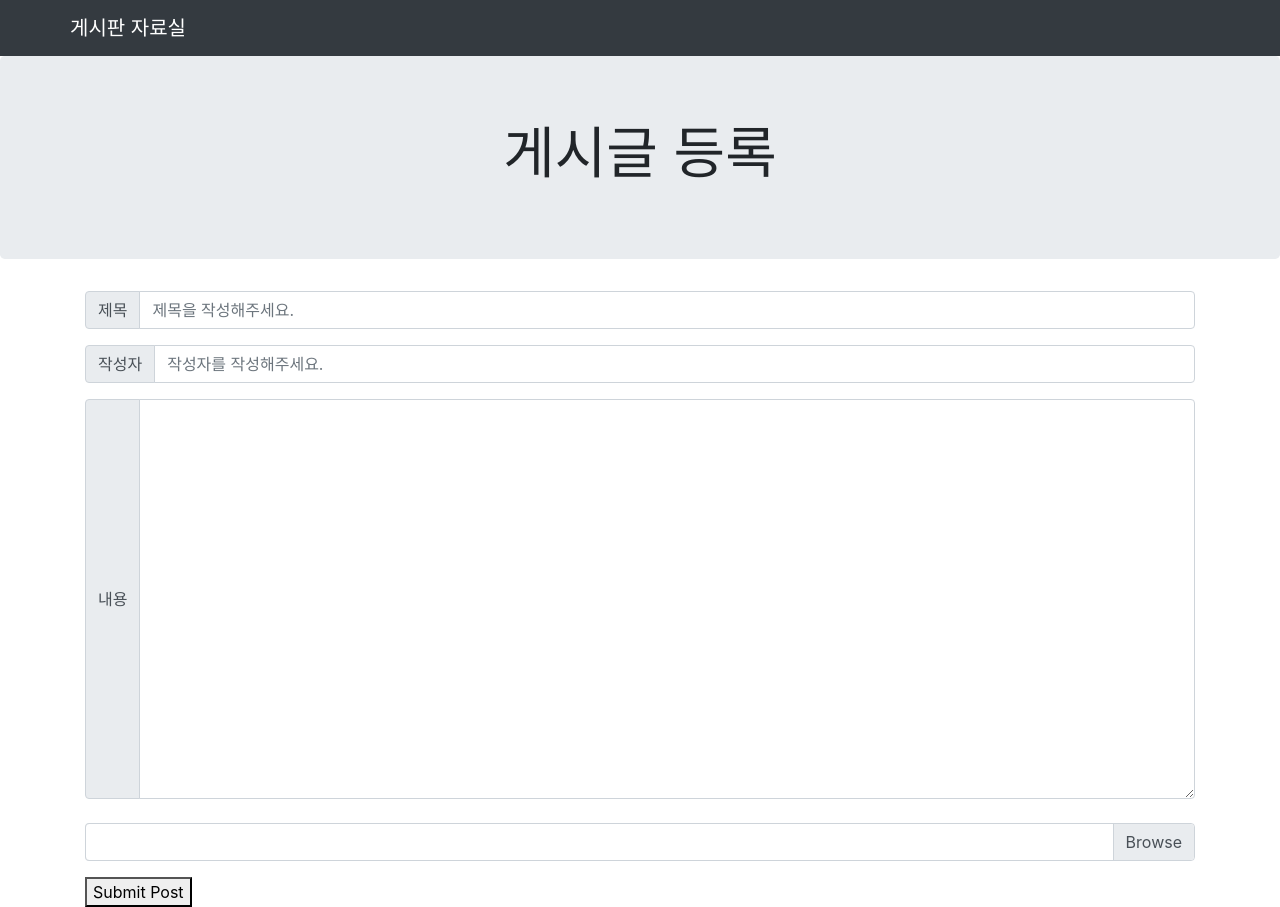
Repository: LeeKukJu/JSP-Study
Page: http://localhost/JSPBook/ch11/totaltest/boardForm.jsp
An editor plug-in stored every save of this project. The page is shown before and after the next save, followed by the edit.
The browser window is 1280 px wide. The pictures show the whole page.
The page is served by Tomcat 9. Nobody is signed in. The application's start-up code is not run.

Above is the page before, as saved 2023-02-04 02:36:34.

After the next save:
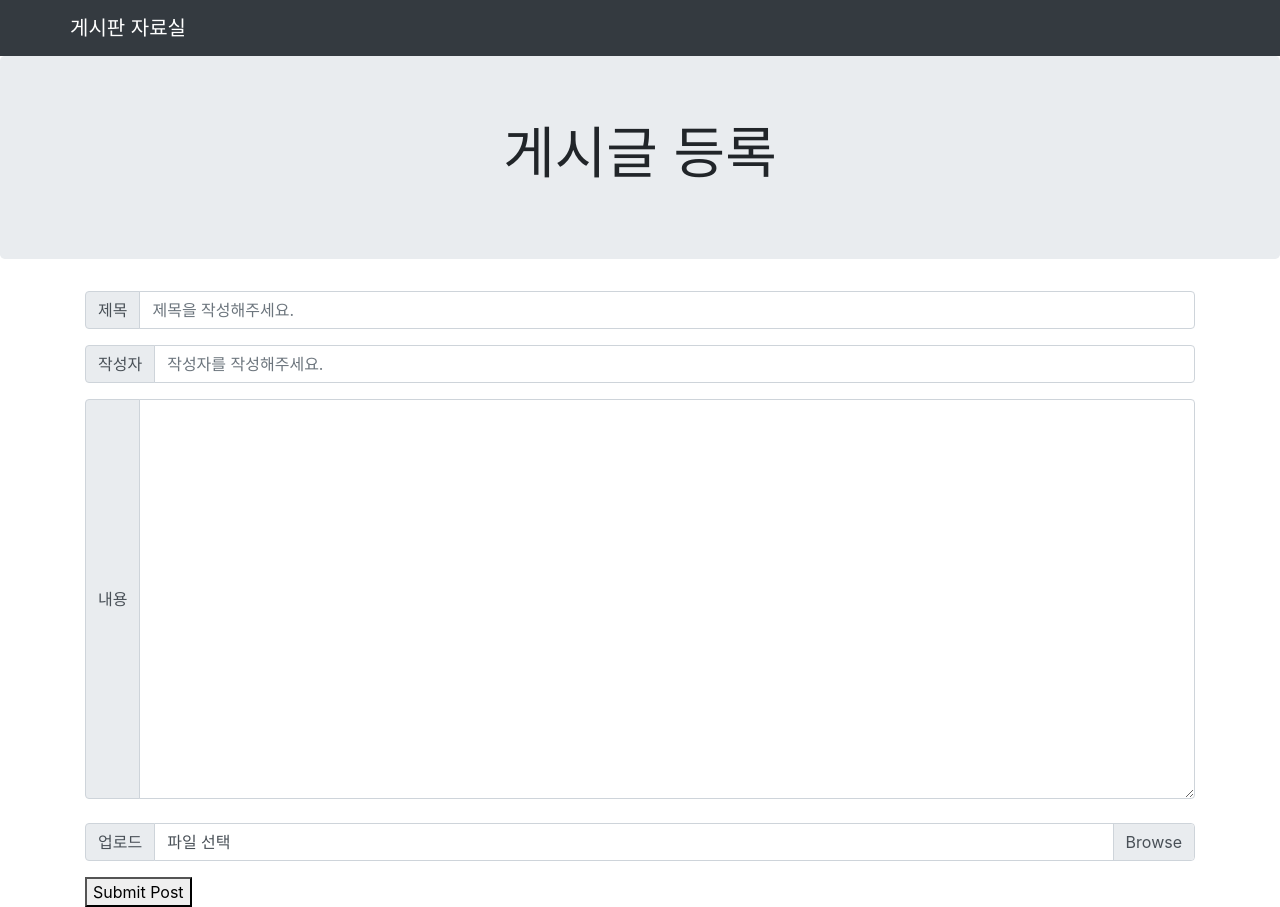
Saved 16 s later.
--- a/JSPBook/WebContent/ch11/totaltest/boardForm.jsp
+++ b/JSPBook/WebContent/ch11/totaltest/boardForm.jsp
@@ -78,9 +78,9 @@
 				<div class="input-group-prepend">
 					<span class="input-group-text">업로드</span>
 				</div>
-				<div >
+				<div class="custom-file">
 					<input type="file"  name="filename" id="inputGroupFile01">
-					<label class="custom-file-label" for="inputGroupFile01"></label>
+					<label class="custom-file-label" for="inputGroupFile01">파일 선택</label>
 				</div>
 			</div>
 
